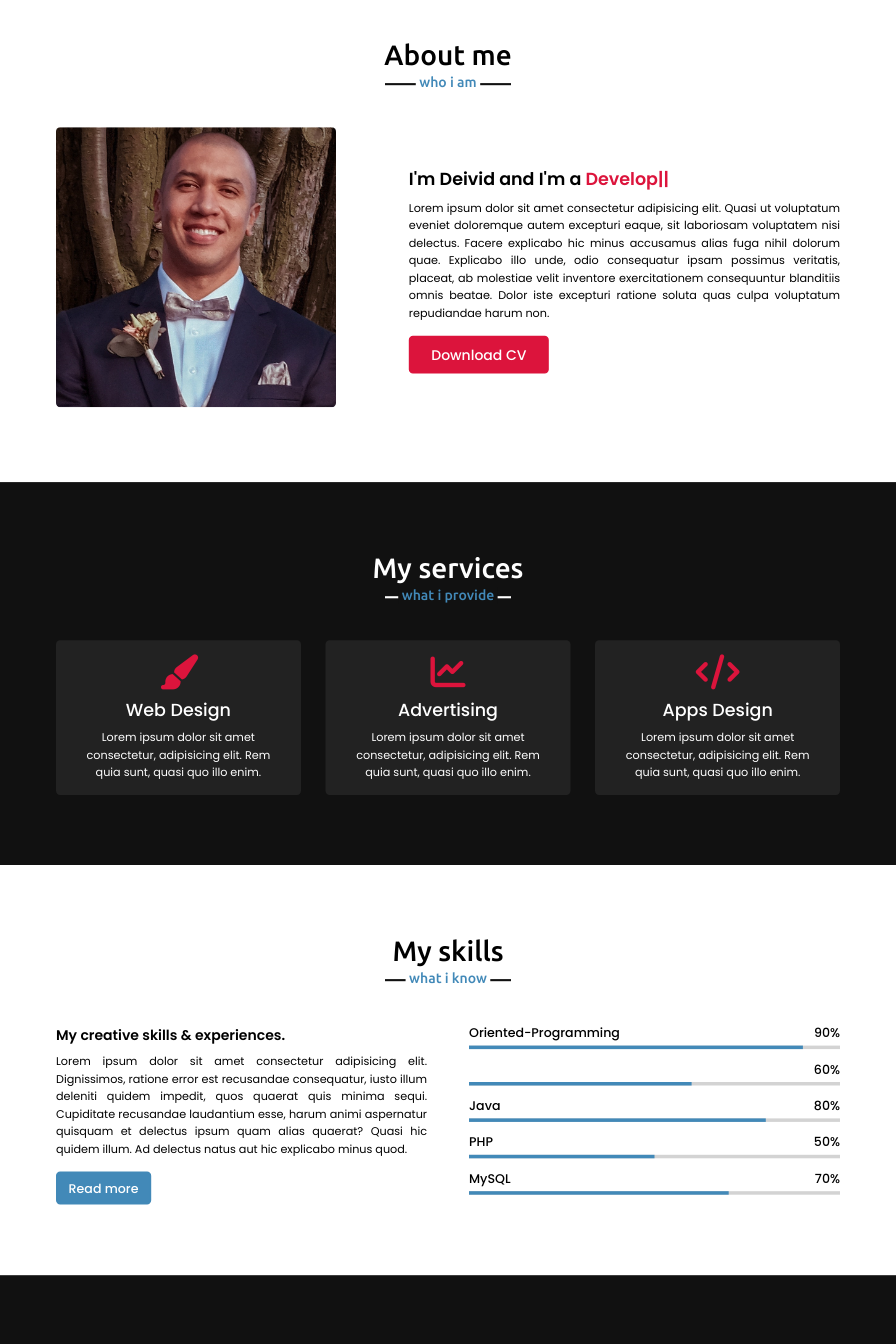
Repository: deividwsantoss/portfolio
Page: index.html
An editor plug-in stored every save of this project. The page is shown before and after the next save, followed by the edit.
The browser window is 1280 px wide. The pictures show the part of the page from y = 764 to 2684 px (the page is 3973 px tall), at 70% of full size.
Some web libraries are served in a nearby version.

Above is the page before, as saved 2021-03-02 08:21:09.

After the next save:
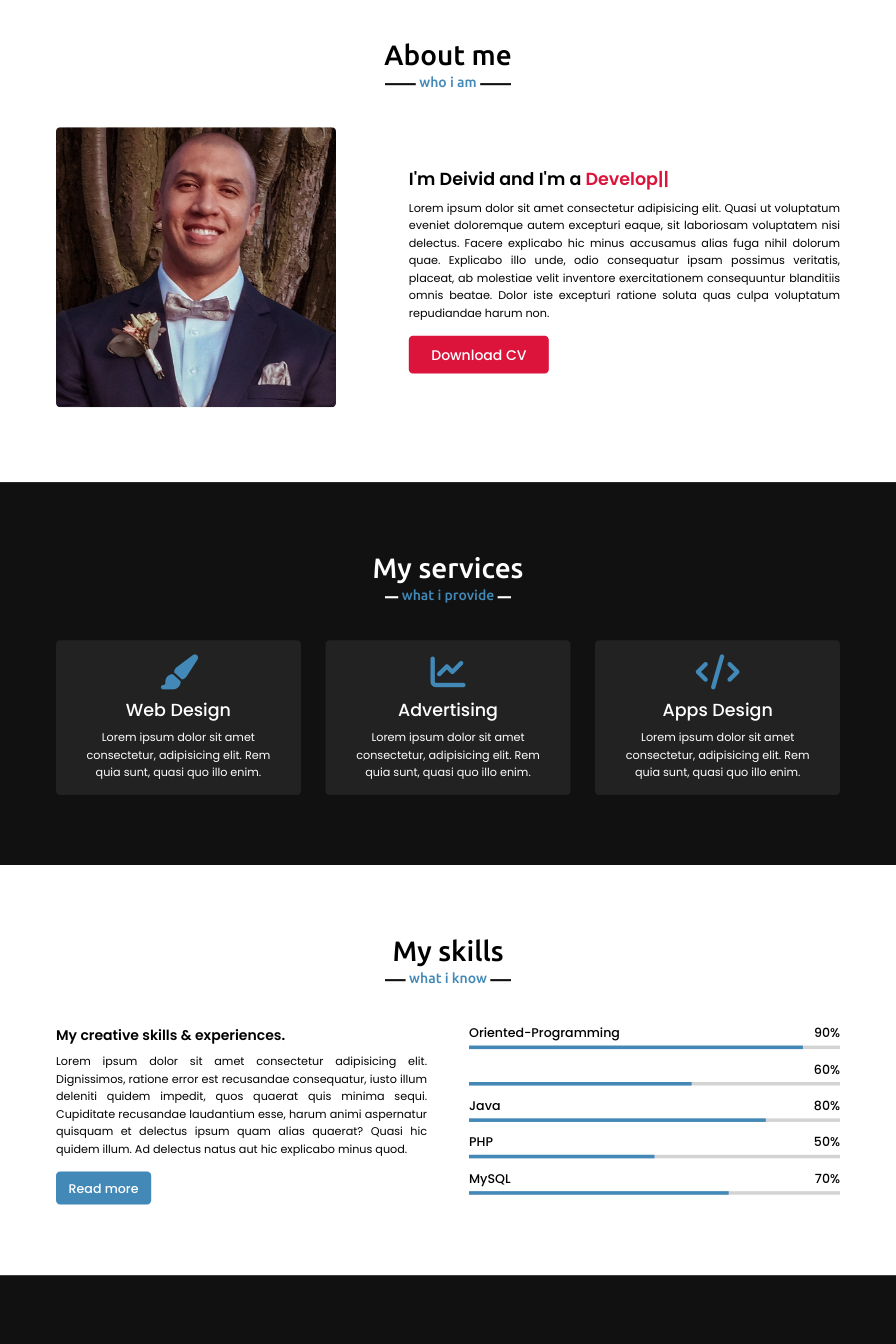
Saved 5 s later.
--- a/Content/style.css
+++ b/Content/style.css
@@ -287,7 +287,7 @@ section .title::after{
 }
 .services .serv-content .card i{
     font-size: 50px;
-    color: crimson;
+    color: rgb(66, 137, 184);
     transition: color 0.3s ease;
 }
 .services .serv-content .card:hover i{
